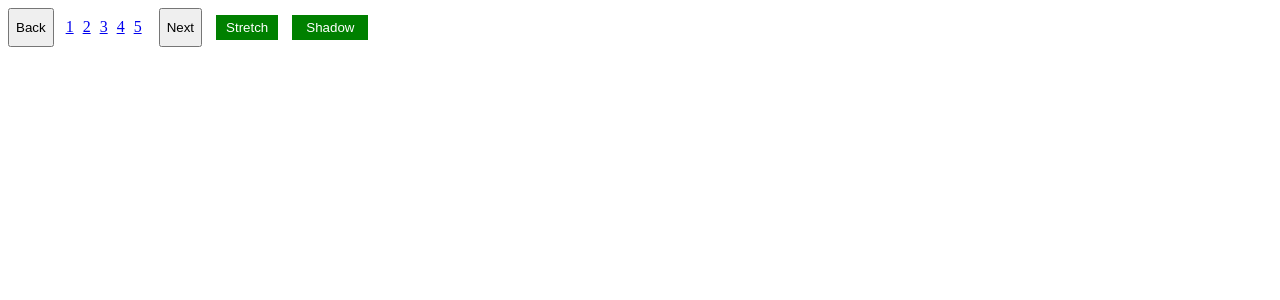
Repository: RagulRanjeeth/Frontend
Page: LearnThree.html
These files come from the project's save history. The page is drawn as it stood at one moment and after the next save; the edit follows.
The browser window is 1280 px wide. The pictures show the whole page.

Above is the page before, as saved 2026-01-20 11:38:34.

After the next save:
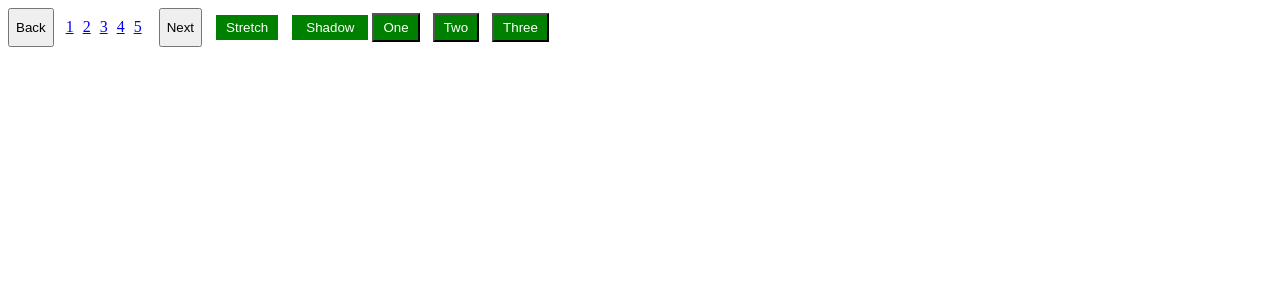
Saved 2 min 33 s later.
--- a/LearnThree.html
+++ b/LearnThree.html
@@ -50,6 +50,17 @@ a{
 .Shadow:active{
     background-color:aliceblue;
 }
+
+.Same{
+    background-color: green;
+    color: white;
+    padding-top: 5px;
+    padding-bottom: 5px;
+    padding-right:9px;
+    padding-left:9px;
+    margin-right:9px;
+
+}
 </style>
 <button class="Back">
     Back
@@ -73,3 +84,16 @@ a{
 <button class="Shadow">
    Shadow
 </button>
+
+
+<button class="Same">
+  One
+</button>
+
+<button class="Same">
+ Two
+</button>
+
+<button class="Same">
+  Three
+</button>
